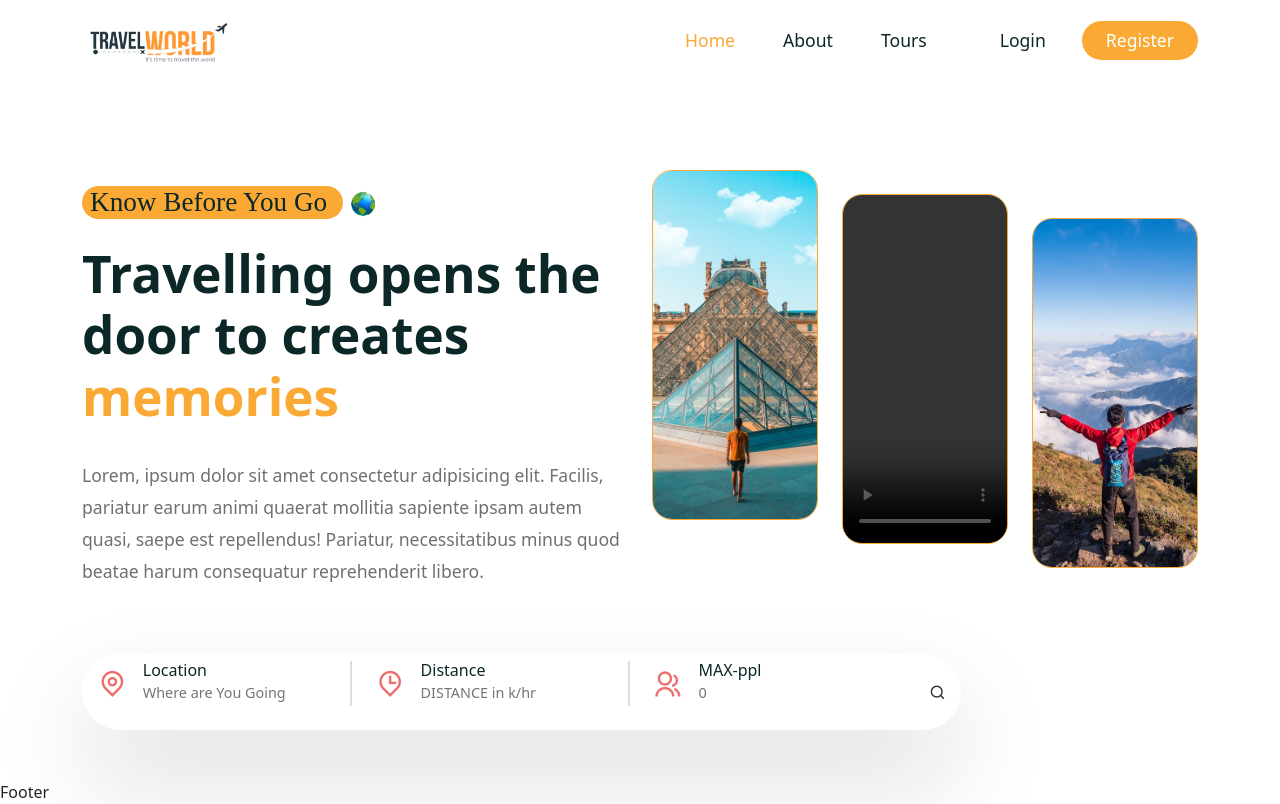
Repository: remydev47/travell-agency
Page: /
The author's editor kept a copy of each file at every save. The page is drawn from the files as they stood at one save, then again after the next save.
The browser window is 1280 px wide. The pictures show the whole page.
Pictures or frames that could not be fetched are drawn as grey boxes. Some web fonts or font styles are not loaded; a fallback is used. The project was rebuilt for these pictures with package versions that can differ from the ones it lists, and the page was loaded fresh each time. Also part of the build but not shown: vite.config.js, src/pages/Login.jsx, src/pages/TourDetails.jsx, src/pages/Tours.jsx, src/pages/SearchResultList.jsx, src/pages/Register.jsx. Imported but missing from the stored project, and not drawn on this page: src/assets/images/hero-video.mp4.

Above is the page before, as saved 2023-01-31 12:33:35.

### src/main.jsx
import React from 'react'
import ReactDOM from 'react-dom/client'
import App from './App'
import "bootstrap/dist/css/bootstrap.min.css";
import "remixicon/fonts/remixicon.css";
import "slick-carousel/slick/slick.css";
import "slick-carousel/slick/slick-theme.css";
import { BrowserRouter } from 'react-router-dom';

ReactDOM.createRoot(document.getElementById('root')).render(
  <React.StrictMode>
    <BrowserRouter>
      <App />
    </BrowserRouter>
  </React.StrictMode>,
)

### src/App.jsx
import { useState } from 'react'
import './App.css'
import Layout from './components/Layout/Layout'

function App() {
  return (
    <>
      <Layout />
    </>
  )
}

export default App

### src/components/Layout/Layout.jsx
import React from 'react';
import Header from '../Header/Header';
import Footer from '../Footer/Footer';
import Routers from '../../router/Routers';

const Layout = () => {
  return (
   <>
     <Header />
     <Routers />
     <Footer />
   </>
  )
}

export default Layout

### src/components/Header/Header.jsx
import React from 'react';
import { Container, Row, Button } from 'reactstrap';
import { NavLink, Link  } from 'react-router-dom';
import logo from "../../assets/images/logo.png";
import './header.css';

const nav__links=[
  {
    path:'/home',
    display: 'Home'
  },
  {
    path:'/about',
    display: 'About'
  },
  {
    path:'/tours',
    display: 'Tours'
  },
]

const Header = () => {
  return (
    <header className="header">
      <Container>
        <Row>
          <div className="nav__wrapper d-flex align-items-center
           justify-content-between ">
            {/* Logo start */}
            <div className="logo">
              <img src={logo} />
            </div>
            {/* Logo ends */}

            {/* menu starts */}
            <div className="navigation">
              <ul className="menu d-flex align-items-center gap-5">
                {nav__links.map((item, index) => (
                  <li className="nav__item" key={index}>
                    <NavLink
                     to={item.path}
                     className={navClass=> navClass.isActive ? 'active__link' : ''}
                     >
                      {item.display}
                    </NavLink>
                  </li>
                ))}
              </ul>
            </div>
            {/* menu ends */}

            <div className="nav__right d-flex align-items-center gap-4">
              <div className="nav__btns d-flex align-items-center gap-4">
                <Button className='btn secondary__btn '>
                  <Link to="/login">Login</Link>
                </Button>

                <Button className='btn primary__btn '>
                  <Link to="/register">Register</Link>
                </Button>
              </div>
            </div>

          </div>
        </Row>
      </Container>
    </header>
  )
}

export default Header

### src/router/Routers.js
import React from 'react';
import { Routes, Route, Navigate } from 'react-router-dom';

import { SearchResultList, Tours, TourDetails, Login, Register, Home } from '../pages';

const Routers = () => {
  return (
    <Routes>
        <Route path="/" element={<Navigate to='/home' />} />
        <Route path="/home" element={<Home />} />
        <Route path="/tours" element={<Tours />} />
        <Route path="/tours:id" element={<TourDetails />} />
        <Route path="/login" element={<Login />} />
        <Route path="/register" element={<Register />} />
        <Route path="/tours/search" element={<SearchResultList />} />
    </Routes>
  )
}

export default Routers

### src/components/Header/header.css
.header{
    width: 100%;
    height: 80px;
    line-height: 80px;
}

.logo img{
    width: 30%;
}

.menu{
    margin-bottom: 0;
}

.nav__item a{
    text-decoration: none;
    color: var(--heading-color);
    font-weight: 500;
    font-size: 1.1rem;
}

.nav__item a:hover{
    color: inherit;
}

.nav__item a.active__link{
    color: var(--secondary-color);
}

.mobile__menu{
    font-size: 1.3rem;
    color: var(--heading-color);
    display: none;
}

.stick__header{
    width: 100%;
    height: 80px;
    line-height: 80px;
    background: #fff;
    position: sticky;
    top: 0;
    left: 0;
    box-shadow: 3ps 3px 8px #ddd;
    z-index: 999;
}

### src/pages/index.js
import Home from "./Home"
import Login from "./Login";
import TourDetails from "./TourDetails";
import Tours from "./Tours";
import SearchResultList from "./SearchResultList";
import Register from "./Register";

export {
    Home, Tours, TourDetails, Login, SearchResultList, Register
}

### src/pages/Home.jsx
import React from 'react';
import '../styles/home.css';
import  { Container, Row, Col } from 'reactstrap';
import heroImg from '../assets/images/hero-img01.jpg';
import heroImg02 from '../assets/images/hero-img02.jpg';
import heroVideo from '../assets/images/hero-video.mp4';
import worldImg from '../assets/images/world.png'
import Subtitle from '../shared/Subtitle';
import SearchBar from '../shared/SearchBar';

const Home = () => {
  return (
    <>
     <section>
      <Container>
        <Row>
          <Col lg="6">
            <div className='hero__content'>
              <div className="hero__subtitle d-flex align-items-center">
                <Subtitle subtitle={'Know Before You Go'}/>
                <img src={worldImg} alt=''/>
              </div>
              <h1>Travelling opens the door to creates <span className="highlight">memories</span> </h1>
              <p className="">Lorem, ipsum dolor sit amet consectetur adipisicing elit. Facilis, pariatur earum animi quaerat mollitia sapiente ipsam autem quasi, saepe est repellendus! Pariatur, necessitatibus minus quod beatae harum consequatur reprehenderit libero.</p>
            </div>
          </Col>

          <Col lg='2'>
            <div className="hero__img-box">
              <img src={heroImg} alt=''/>
            </div>
          </Col>

          <Col lg='2'>
            <div className="hero__img-box mt-4">
              <video src={heroVideo} alt='' controls/>
            </div>
          </Col>

          <Col lg='2'>
            <div className="hero__img-box mt-5">
              <img src={heroImg02} alt=''/>
            </div>
          </Col>

          <SearchBar />

        </Row>
      </Container>
     </section>
    </>
  )
}

export default Home

### src/styles/home.css
.hero__subtitle img{
    width: 2.5rem;
    height: 2.5rem;
}

.hero__content h1{
    font-size: 3.2rem;
    font-weight: 600;
    margin-top: 1rem;
    margin-bottom: 2rem;
    color: var(--heading-color);
}

.hero__content h1 .highlight{
    color: var(--secondary-color);
}

.hero__content p{
    font-size: 1.1rem;
    color: var(--text-color);
    line-height: 2rem;
}

.hero__img-box img,
.hero__img-box video {
    width: 100%;
    height: 350px;
    border-radius: 20px;
    border: 1px solid var(--secondary-color);
    object-fit: cover;
}

.hero__content{
    padding-top: 3.5rem;
}

.hero__img-box{
    padding-top: 2.5rem;
}

### src/shared/Subtitle.jsx
import React from 'react'

const Subtitle = ({ subtitle }) => {
  return (
    <h3 className='section__subtitle'>{subtitle}</h3>
  )
}

export default Subtitle

### src/shared/SearchBar.jsx
import React from 'react'
import './search-bar.css'
import { Col, Form, FormGroup } from 'reactstrap'

const SearchBar = () => {
  return (
    <Col lg='12'>
        <div className="search__bar">
            <Form className='d-flex align-items-center gap-4'>
                <FormGroup className='d-flex gap-3 form__group form__group-fast'>
                    <span><i class="ri-map-pin-line"></i></span>
                    <div>
                        <h6>Location</h6>
                        <input type="text" placeholder="Where are You Going" />
                    </div>
                </FormGroup>

                <FormGroup className='d-flex gap-3 form__group form__group-fast'>
                    <span><i class="ri-map-pin-time-line"></i></span>
                    <div>
                        <h6>Distance</h6>
                        <input type="number" placeholder="DISTANCE in k/hr" />
                    </div>
                </FormGroup>

                <FormGroup className='d-flex gap-3 form__group form__group-last'>
                    <span><i class="ri-group-line"></i></span>
                    <div>
                        <h6>MAX-ppl</h6>
                        <input type="number" placeholder="0" />
                    </div>
                </FormGroup>

                <span className="search__icon" type="submit">
                    <i class='ri-search-line'></i>
                </span>
            </Form>
        </div>
    </Col>
  )
}

export default SearchBar

### src/shared/search-bar.css
.search__bar{
    padding: 0.5rem 1rem;
    border-radius: 50px;
    box-shadow: rgba(17, 12, 46, 0.15) 0px 48px 100px 0px;
    width: max-content;
    margin-top: 50px;
}

.form__group span{
    font-size: 1.8rem;
    color:#ee6e6e ;
}

.form__group input {
    border: none;
    font-size: 0.9rem;
    color: var(--heading-color);
}

.form__group input:focus{
    outline: none;
}

.form__group h6{
    margin-bottom: 0;
}

.form__group-fast{
    border-right: 2px solid #ddd;
}

Loaded but not shown: index.html (common file); src/App.css (common file); src/components/Footer/Footer.jsx (common file)

After the next save:
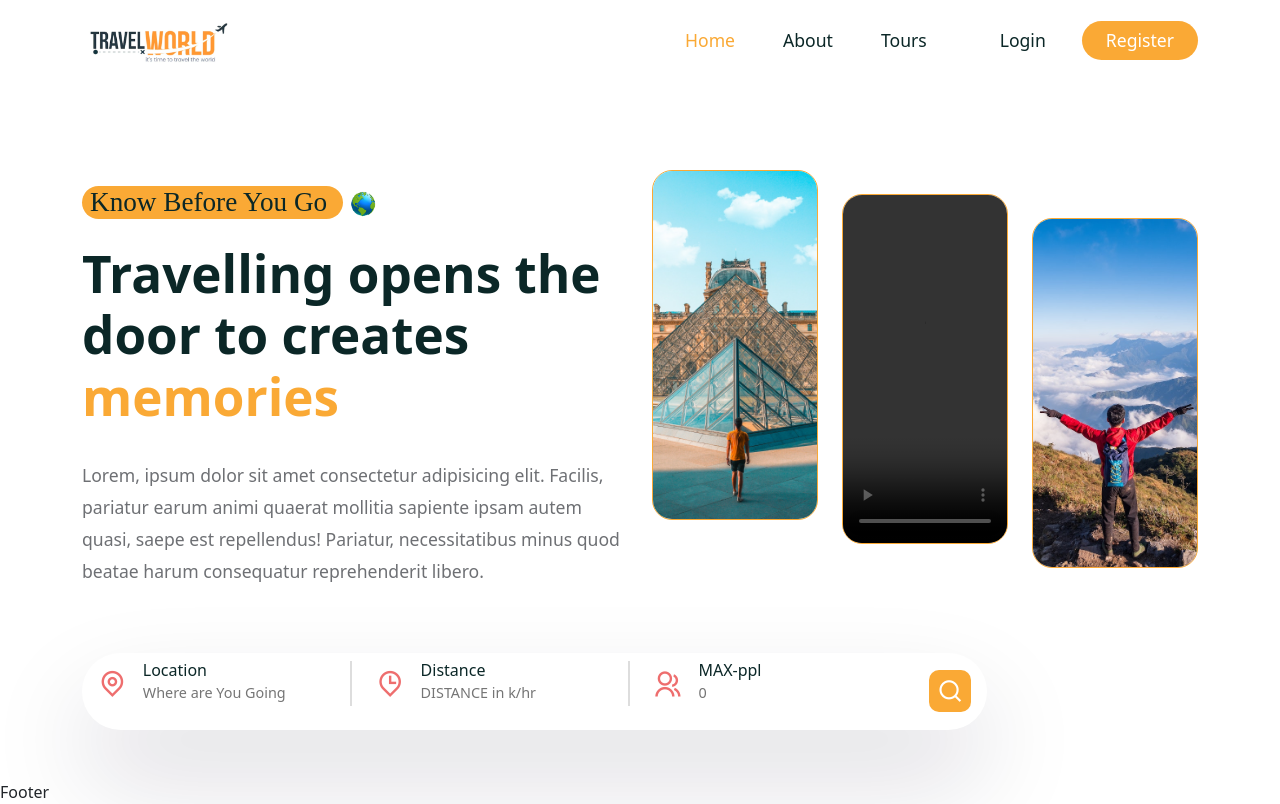
Saved 8 min 2 s later.
--- a/src/shared/search-bar.css
+++ b/src/shared/search-bar.css
@@ -28,3 +28,11 @@
 .form__group-fast{
     border-right: 2px solid #ddd;
 }
+
+.search__icon i{
+    font-size: 1.6rem;
+    padding: 0.5rem;
+    background: var(--secondary-color);
+    color: #fff;
+    border-radius: 10px ;
+}
